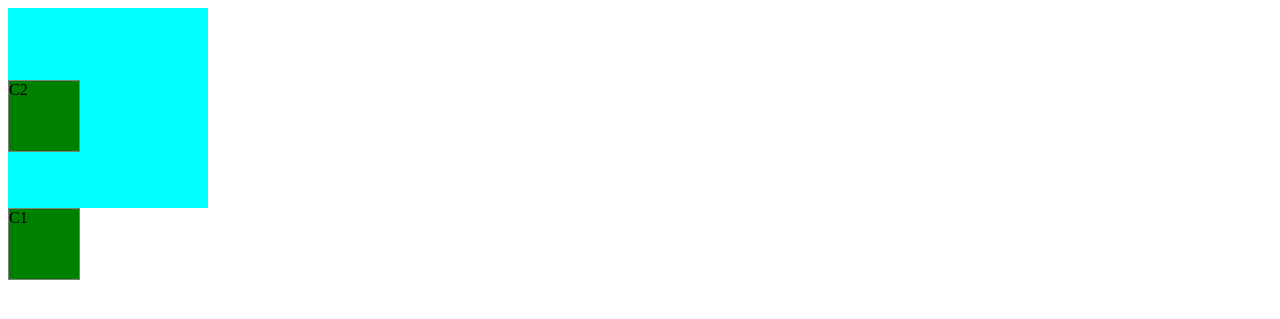
Repository: nepali2385/FUll-stack-practice
Page: Day5/Day5/position.html
An editor plug-in stored every save of this project. The page is shown before and after the next save, followed by the edit.
The browser window is 1280 px wide. The pictures show the whole page.

Above is the page before, as saved 2024-08-27 15:55:20.

### Day5/Day5/position.html
<!DOCTYPE html>
<html lang="en">
<head>
    <meta charset="UTF-8">
    <meta name="viewport" content="width=device-width, initial-scale=1.0">
    <title>Document</title>
    <link rel="stylesheet" href="position.css">
</head>
<body>
    <!-- Position in css -->
    <div class="p">
        <div class="c1">C1</div>
        <div class="c2">C2</div>
    </div>
</body>
</html>

### Day5/Day5/position.css
/* Positions in css */
.p{
    height:200px;
    width:200px;
    background-color: aqua;
}
.c1,.c2{
    height:70px;
    width:70px;
    background-color: green;
    border:1px solid grey;
}
.c1{
    position:relative;
    top:200px

}

After the next save:
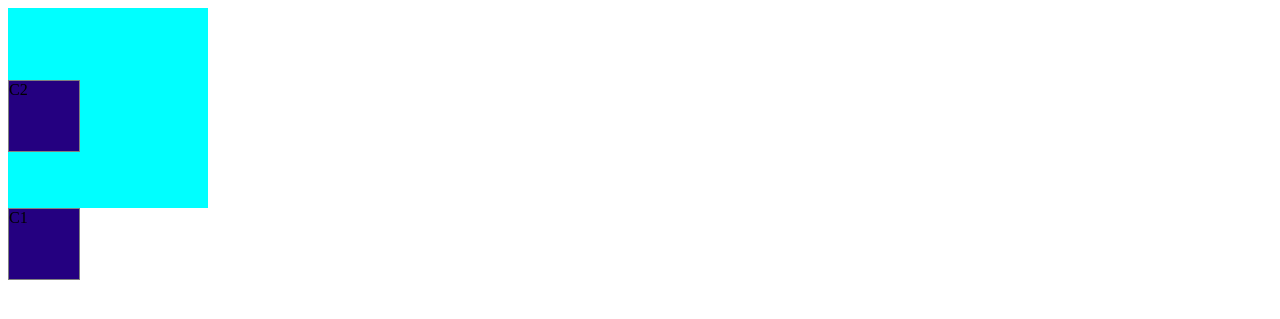
Saved 32 s later.
--- a/Day5/Day5/position.css
+++ b/Day5/Day5/position.css
@@ -7,7 +7,7 @@
 .c1,.c2{
     height:70px;
     width:70px;
-    background-color: green;
+    background-color: rgb(36, 0, 128);
     border:1px solid grey;
 }
 .c1{
